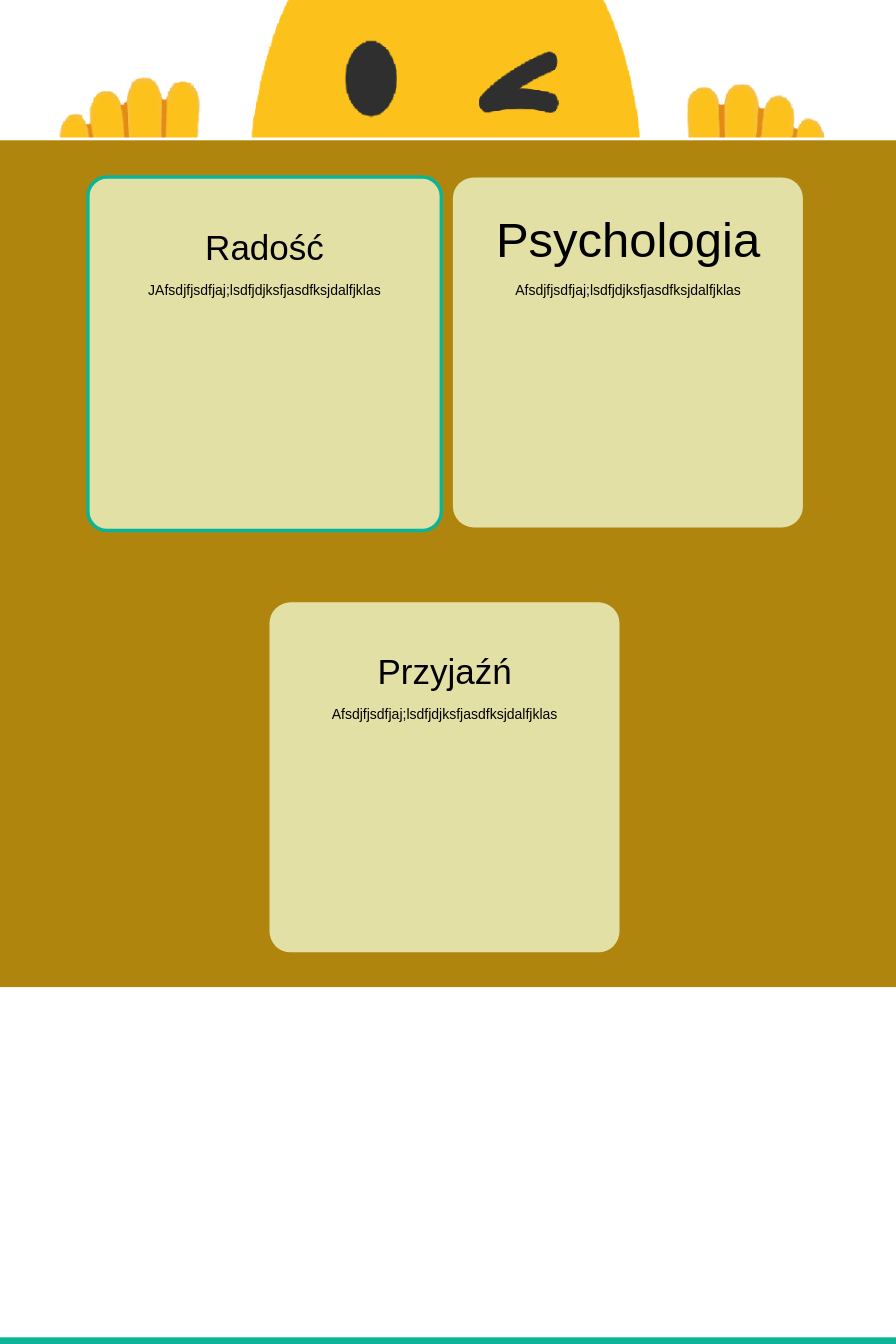
Repository: addstaw/moja-strona
Page: index.html
An editor plug-in stored every save of this project. The page is shown before and after the next save, followed by the edit.
The browser window is 1280 px wide. The pictures show the part of the page from y = 509 to 2429 px (the page is 2919 px tall before and 2912 px after), at 70% of full size.
The pointer rests on the first visible `#introduce`.
Some web fonts or font styles are not loaded; a fallback is used.

Above is the page before, as saved 2020-04-23 07:33:59.

### index.html
<!DOCTYPE html>
<html lang="pl">
    <head>
        <meta charset="utf-8"/>
        <title> Cheer Up</title>
        <link rel="shortcut icon" href="png/logo.png" type="image/x-icon" />
        <meta name="description" content="Uśmiech to coś więcej niż prosty wyraz emocji. To nasza dusza wypuszczona na zewnątrz."/>
        <meta name="keywords" content="uśmiech, szczęście"/>
        <meta http-equiv="X-UA-Compatible" content="IE=edge, chrome=1"/>
        <link rel="stylesheet" href="css/style2.css" type="text/css"/>
        <link href="https://fonts.googleapis.com/css2?family=Ceviche+One&display=swap" rel="stylesheet">

    </head>
    <body>
        <div id="maincontainer">
            <herder>
                <div id="header">
                    <nav>
                        <span><img id="logo" src="png/header.png" width=360" height="90"/></span>
                    </nav>
                </div>
            </header>
            <section>
                <img id="emoticon" src="png/page3.png" width=98%" />
            </section>
        </div>
    <article>
        <div class="content">
            <div id="container">
                <div id="introduce">
                    <header><div class="headerIntroduce">Radość</div></header>
                    <article><div class="contentIntroduce">
                    JAfsdjfjsdfjaj;lsdfjdjksfjasdfksjdalfjklas
                    </div></article>
                </div>
                <div id="introduce">
                    <header><div class="headerIntroduce" id="mainHeaderIntroduce">Psychologia</div></header>
                    <article><div class="contentIntroduce">
                        Afsdjfjsdfjaj;lsdfjdjksfjasdfksjdalfjklas
                    </div></article>
                </div>
                <div id="introduce">
                    <header><div class="headerIntroduce">Przyjaźń</div></header>
                    <article><div class="contentIntroduce">
                        Afsdjfjsdfjaj;lsdfjdjksfjasdfksjdalfjklas
                    </div></article>
                </div>
            </div>
        </div>
    </article>
    <section>
        <div id="white">

        </div>
    </section>
    <footer>
        <div id="footer">

        </div>
    </footer>
    </body>
</html>

### css/style2.css
*{
    margin: 0px;
    font-family: sans-serif;
}
/*maincontaine*/
    #maincontainer{
        text-align: center;
    }
    #header{
        margin-right: 1500px;
    }
    #logo{
        border-radius: 75px;
        border: 3px solid #0bb397;
        margin-left: 30px;
        margin-top: 10px;
        position: relative;

    }
/*Introduce*/
    .content{
        background-color: #b0850e;
        width: 100%;
        text-align: center;
    }
        .headerIntroduce{
            font-size: 50px;
            margin-top: 50px;
            margin-bottom: 20px;
            padding-top: 20px;
        }
            #mainHeaderIntroduce{
                font-size: 70px;
                padding-top: 0;
             }
        .contentIntroduce{
            font-size: 20px;
        }

    #introduce{
        width: 500px;
        height: 500px;
        background-color: #e3e0a6;
        margin-top: 50px;
        margin-bottom: 50px;
        margin-right: 10px;
        display: inline-block;
        border-radius: 30px;
    }
    #introduce:hover{
        width: 500px;
        height: 500px;
        background-color: #e3e0a6;
        margin-top: 50px;
        margin-bottom: 50px;
        margin-right: 10px;
        display: inline-block;
        border-radius: 30px;
        border: solid 5px #0bb397;
    }
#white{
    height: 500px;
    background-color: #fff;
}
#footer{
    height: 500px;
    background-color: #0bb397;
}

After the next save:
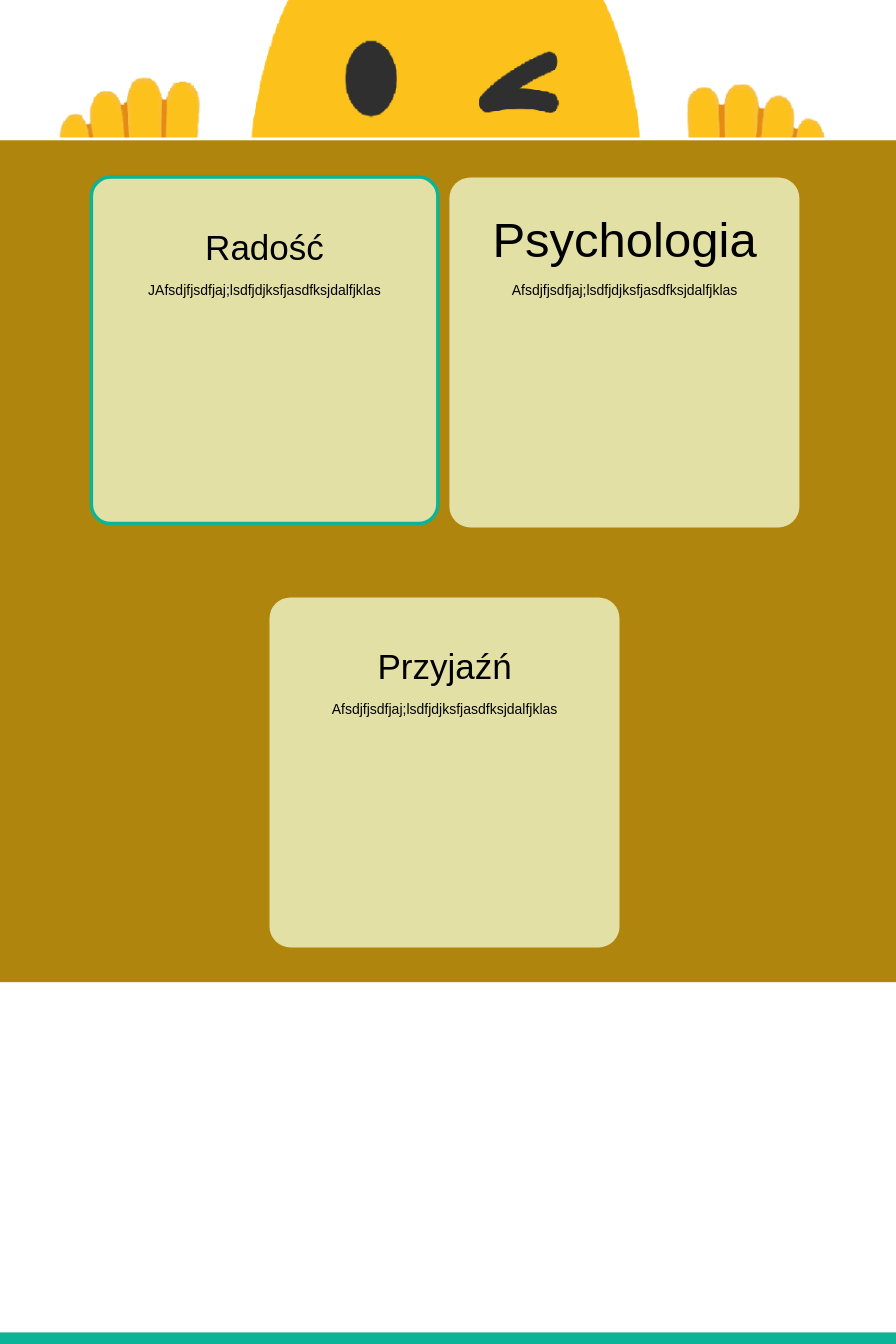
Saved 31 s later.
--- a/css/style2.css
+++ b/css/style2.css
@@ -48,8 +48,8 @@
         border-radius: 30px;
     }
     #introduce:hover{
-        width: 500px;
-        height: 500px;
+        width: 490px;
+        height: 490px;
         background-color: #e3e0a6;
         margin-top: 50px;
         margin-bottom: 50px;
